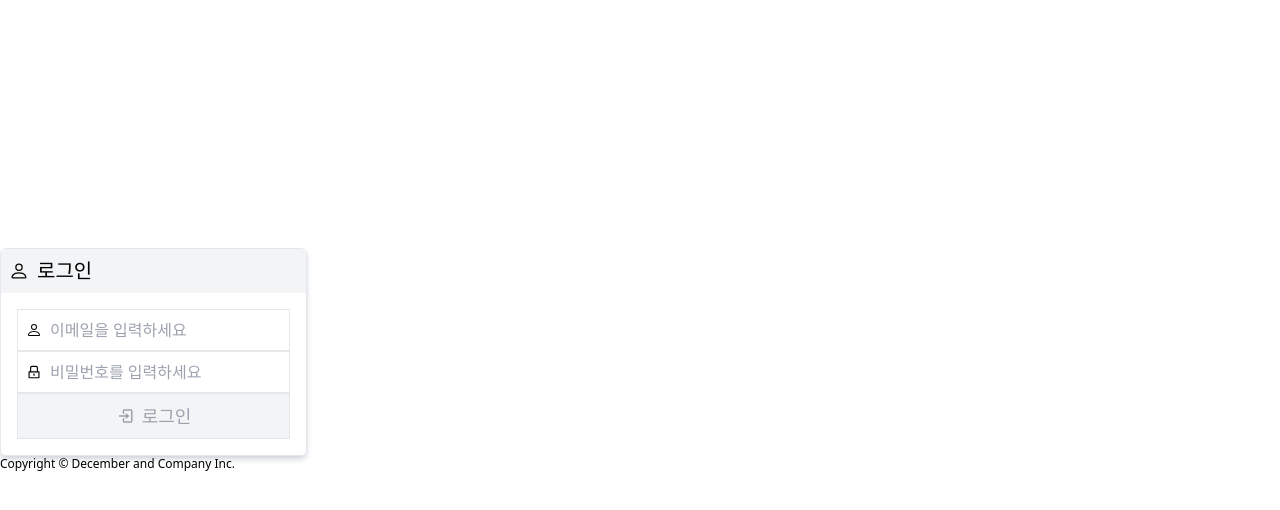
Repository: wanted-pre-onboarding-4/pre-onboarding-assignment-week-4-1-team-4
Page: /login (app in client/)
An editor plug-in stored every save of this project. The page is shown before and after the next save, followed by the edit.
The browser window is 1280 px wide. The pictures show the whole page.
The project was rebuilt for these pictures with package versions that can differ from the ones it lists, and the page was loaded fresh each time. Also part of the build but not shown: client/src/components/Footer.jsx, client/src/components/Header.jsx, client/src/components/Sider.jsx, client/src/components/Layout.jsx.

Above is the page before, as saved 2022-09-20 21:21:07.

After the next save:
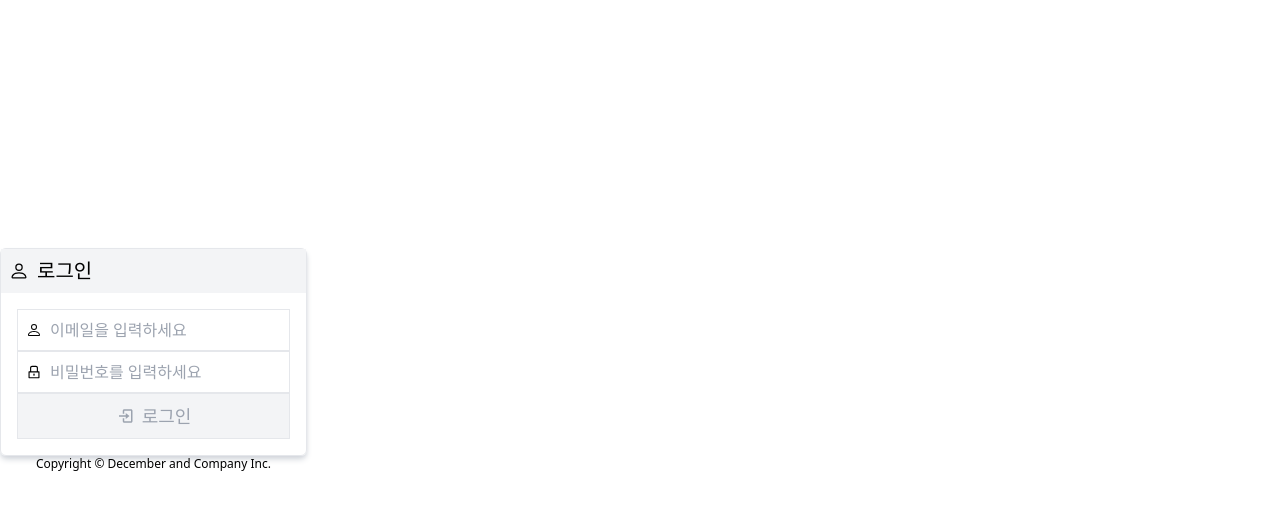
Saved 8 s later.
--- a/client/src/pages/login/Login.jsx
+++ b/client/src/pages/login/Login.jsx
@@ -5,7 +5,7 @@ import { BiLogIn } from 'react-icons/bi';
 
 const Login = () => {
   return (
-    <div className='flex flex-col justify-center'>
+    <div className='flex flex-col justify-center items-center'>
       <div className='border-solid border-[1px] rounded-md shadow-md shadow-gray-300'>
         <div className="flex items-center justify-start space-x-2 p-2 font-medium text-xl bg-gray-100">
           <BsPerson />
